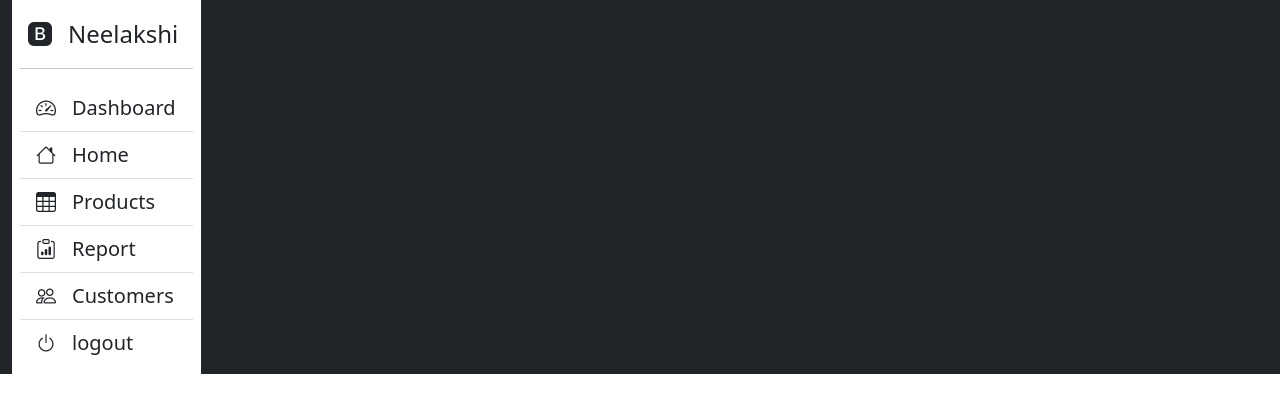
Repository: iqbalaamir/dashboard
Page: /
These files come from the project's save history. The page is drawn as it stood at one moment and after the next save; the edit follows.
The browser window is 1280 px wide. The pictures show the whole page.
The project was rebuilt for these pictures with package versions that can differ from the ones it lists, and the page was loaded fresh each time. Also part of the build but not shown: src/App.css.

Above is the page before, as saved 2023-04-24 19:09:39.

### src/App.js
import "./App.css";
import SidebarComponent from "./artifacts/SidebarComponent";


function App() {
  return (
<div className="container-fluid bg-dark">
<div className="row">
<div className="col-2">
<SidebarComponent/>
</div>
<div className="col-auto">

</div>
</div>
</div>
  );
}

export default App;

### src/artifacts/SidebarComponent.js
import React from 'react'
import "bootstrap/dist/css/bootstrap.min.css";
import "bootstrap-icons/font/bootstrap-icons.css";
import "./style.css"
function SidebarComponent() {
  return (
    <div className='bg-white sidebar p-2'>
        <div className='m-2'>
            <i className='bi bi-bootstrap-fill me-3 fs-4'></i>
            <span className='brand-name fs-4'>Neelakshi</span>
        </div>
        <hr className='text-dark'/>
        <div className='list-group list-group-flush'>
            <a className='list-group-item py-2'>
                <i className='bi bi-speedometer2 fs-5 me-3'></i>
                <span className='fs-5'>Dashboard</span>
            </a>
            <a className='list-group-item py-2'>
                <i className='bi bi-house fs-5 me-3'></i>
                <span className='fs-5'>Home</span>
            </a>
            <a className='list-group-item py-2'>
                <i className='bi bi-table fs-5 me-3'></i>
                <span className='fs-5'>Products</span>
            </a>
            <a className='list-group-item py-2'>
                <i className='bi bi-clipboard-data fs-5 me-3'></i>
                <span className='fs-5'>Report</span>
            </a>
            <a className='list-group-item py-2'>
                <i className='bi bi-people fs-5 me-3'></i>
                <span className='fs-5'>Customers</span>
            </a>
            <a className='list-group-item py-2'>
                <i className='bi bi-power fs-5 me-3'></i>
                <span className='fs-5'>logout</span>
            </a>


        </div>
    </div>
  )
}

export default SidebarComponent

### src/artifacts/style.css
.list-group a:hover{
   background-color:blue;
   color:white;
   cursor: pointer;
}

Loaded but not shown: public/index.html (common file); src/index.js (common file); src/index.css (common file); src/reportWebVitals.js (common file)

After the next save:
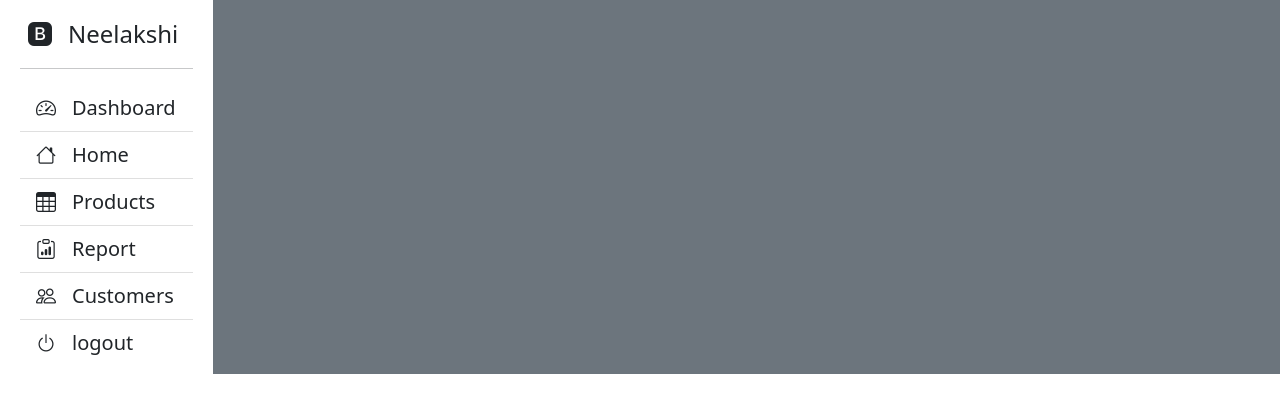
Saved 14 s later.
--- a/src/App.js
+++ b/src/App.js
@@ -4,9 +4,9 @@ import SidebarComponent from "./artifacts/SidebarComponent";
 
 function App() {
   return (
-<div className="container-fluid bg-dark">
+<div className="container-fluid bg-secondary">
 <div className="row">
-<div className="col-2">
+<div className="col-2 bg-white">
 <SidebarComponent/>
 </div>
 <div className="col-auto">
